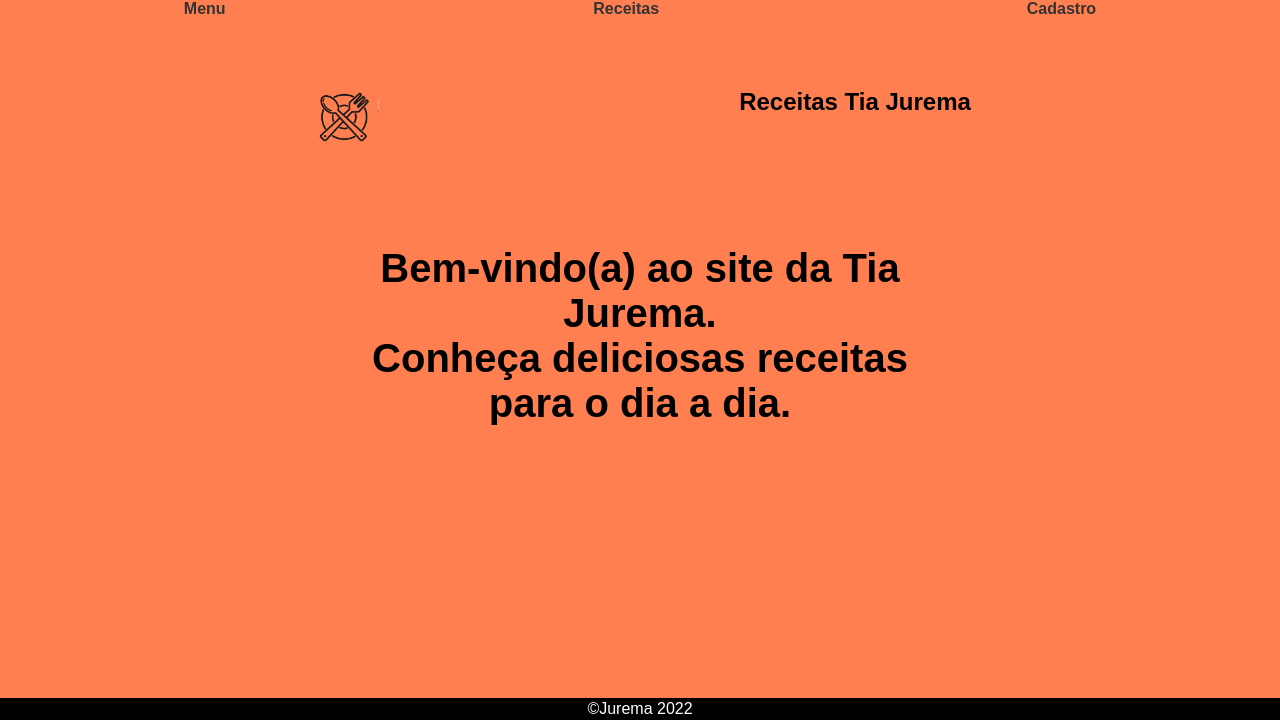
Repository: devropaes/RECEITAS
Page: OneDrive/Área de Trabalho/Estudos/Estácio/receitas/menu.html
The author's editor kept a copy of each file at every save. The page is drawn from the files as they stood at one save, then again after the next save.
The browser window is 1280 px wide. The pictures show the whole page.
Some web libraries are served in a nearby version.

Above is the page before, as saved 2024-03-12 15:32:25.

After the next save:
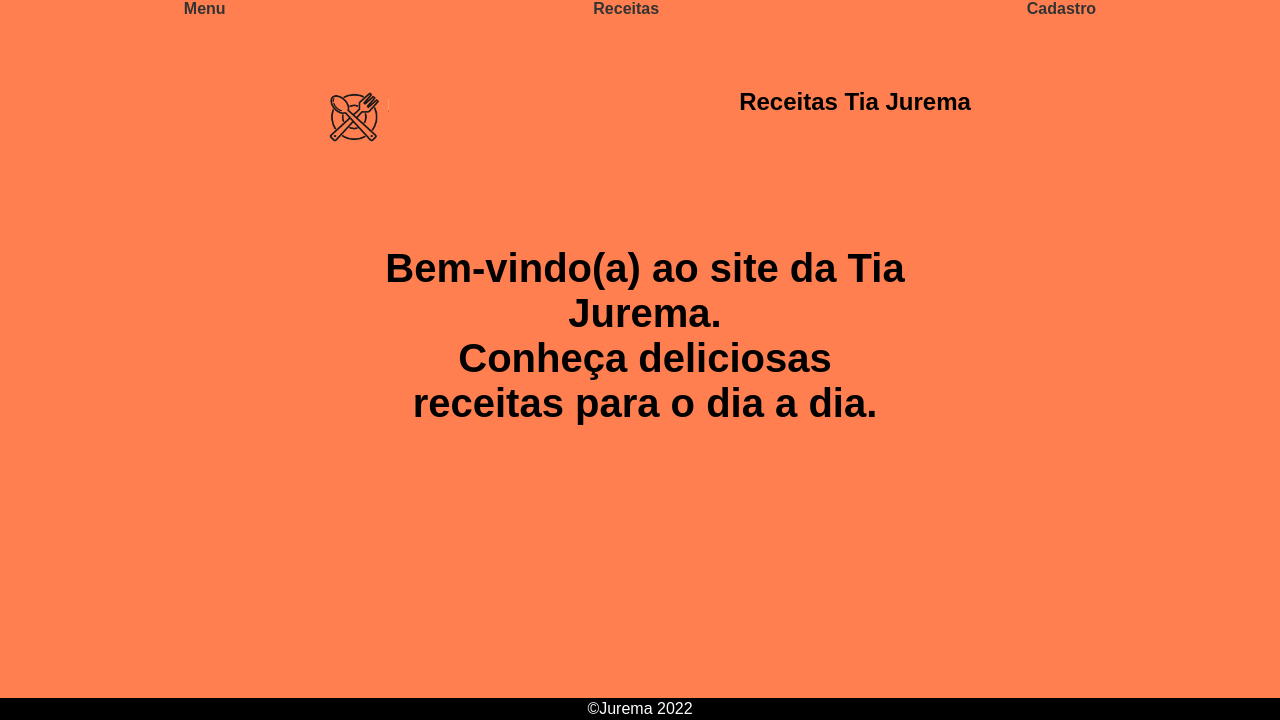
Saved 19 s later.
--- a/OneDrive/Área de Trabalho/Estudos/Estácio/receitas/menu.css
+++ b/OneDrive/Área de Trabalho/Estudos/Estácio/receitas/menu.css
@@ -56,7 +56,7 @@ body {
 .receitas__tia__jurema {
     font-size: 1.5em;
     margin-bottom: 30px;
-    margin-left: 10px;
+
 }
 
 .content {
@@ -65,6 +65,7 @@ body {
     align-items: center;
     justify-content: center;
     text-align: center;
+    margin-left: 10px;
 }
 
 .apresentacao {
